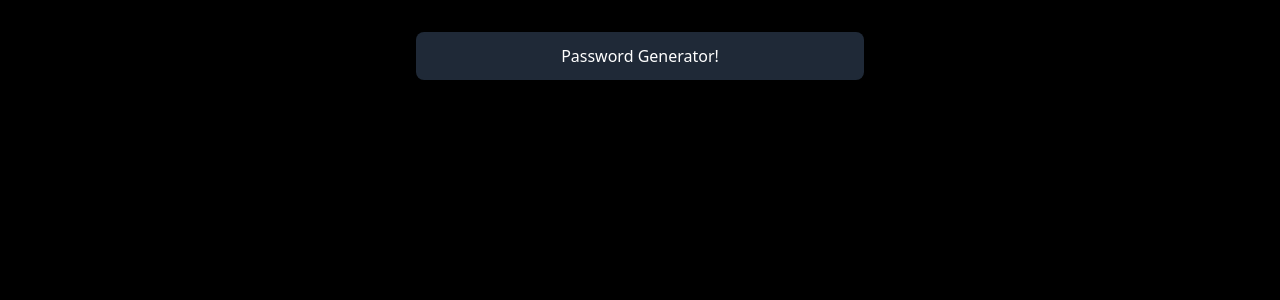
Repository: tirth2014/chai-aur-react
Page: / (app in 05_password-generator/)
These files come from the project's save history. The page is drawn as it stood at one moment and after the next save; the edit follows.
The browser window is 1280 px wide. The pictures show the whole page.
The project was rebuilt for these pictures with package versions that can differ from the ones it lists, and the page was loaded fresh each time. Also part of the build but not shown: 05_password-generator/vite.config.js.

Above is the page before, as saved 2023-10-07 16:25:09.

After the next save:
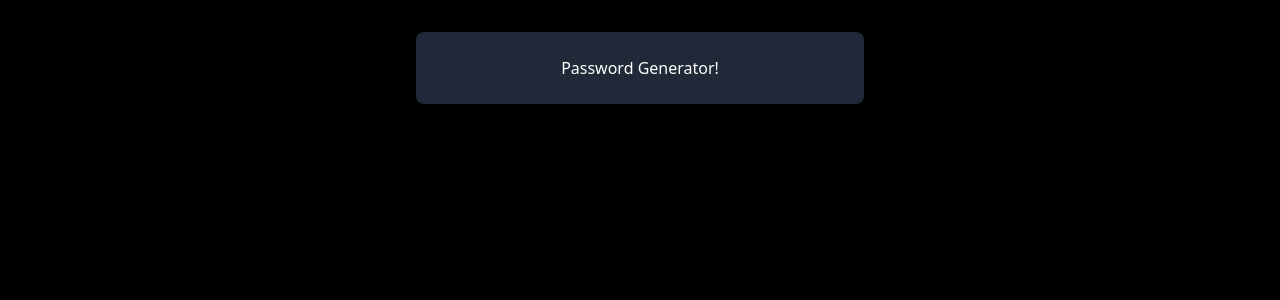
Saved 15 s later.
--- a/05_password-generator/src/App.jsx
+++ b/05_password-generator/src/App.jsx
@@ -5,7 +5,7 @@ function App() {
   return (
     <>
     <div className="w-full max-w-md mx-auto shadow-md rounded-lg px-4 py-3 my-8 bg-gray-800 text-orange-500">
-        <h1 className='text-white text-center'>Password Generator!</h1>
+        <h1 className='text-white text-center my-3'>Password Generator!</h1>
       </div>
     </>
   )
